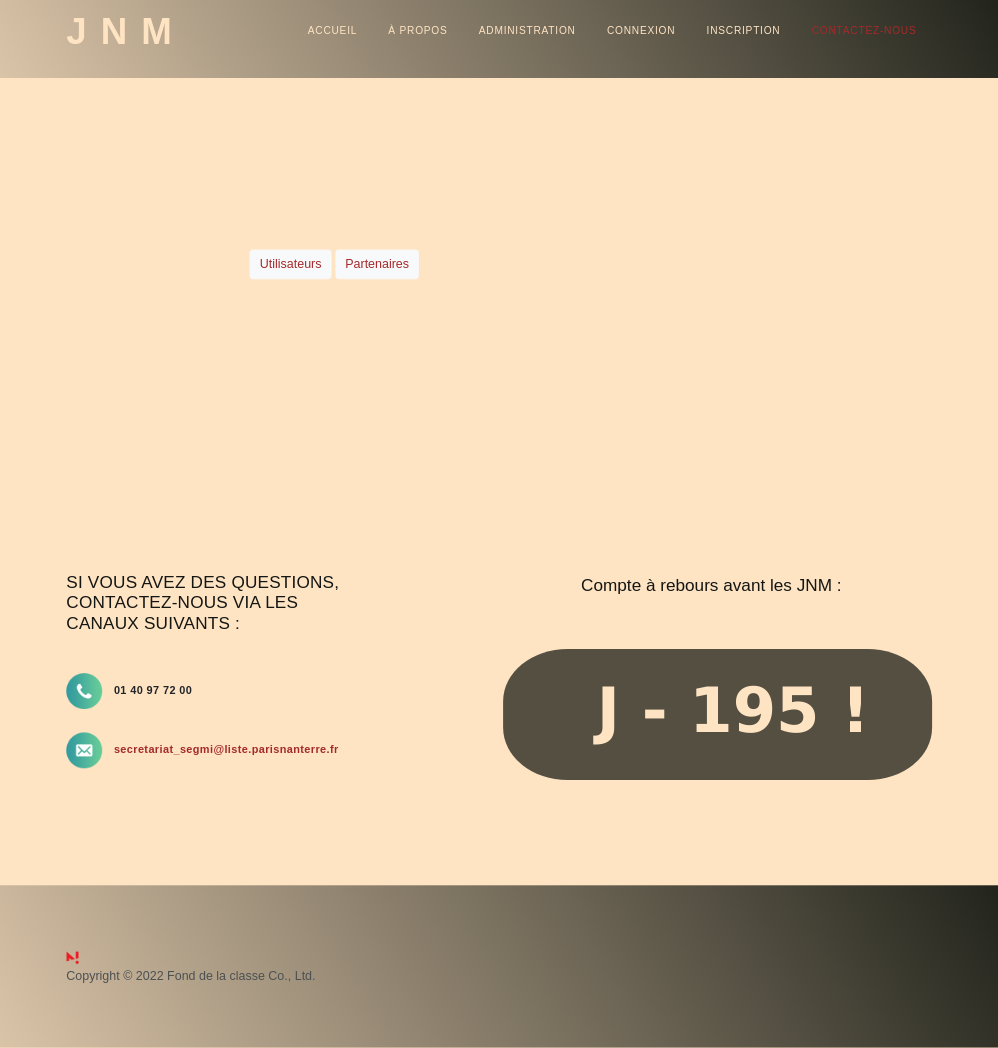
Repository: RiadNadri/ProjetWeb2022
Page: templates/Admin/admin.html.twig
The author's editor kept a copy of each file at every save. The page is drawn from the files as they stood at one save, then again after the next save.
The browser window is 1280 px wide. The pictures show the whole page, at 78% of full size.
Some web fonts or font styles are not loaded; a fallback is used. The page is a Twig template of a Symfony application; nobody is signed in and links lead nowhere. The template is opened directly, without the code that normally fills it, so the values that code supplies are empty.

Above is the page before, as saved 2022-12-24 17:13:25.

After the next save:
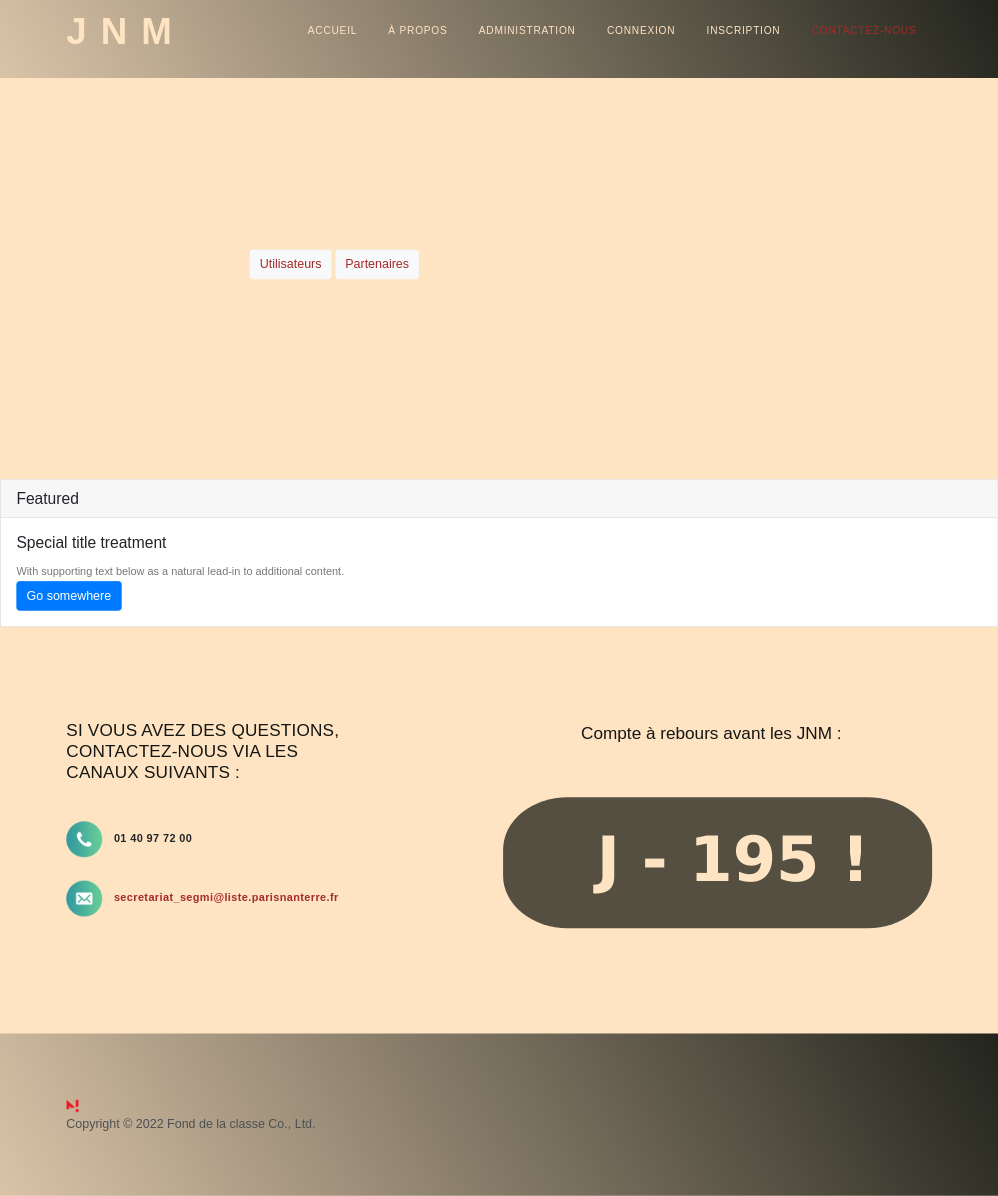
Saved 54 s later.
--- a/templates/Admin/admin.html.twig
+++ b/templates/Admin/admin.html.twig
@@ -25,4 +25,13 @@
         <a  href="{{path('app_partenaire')}}">Partenaires</a>
     </div>
 </div>
+
+<div class="card">
+  <h5 class="card-header">Featured</h5>
+  <div class="card-body">
+    <h5 class="card-title">Special title treatment</h5>
+    <p class="card-text">With supporting text below as a natural lead-in to additional content.</p>
+    <a href="#" class="btn btn-primary">Go somewhere</a>
+  </div>
+</div>
 {% endblock %}
